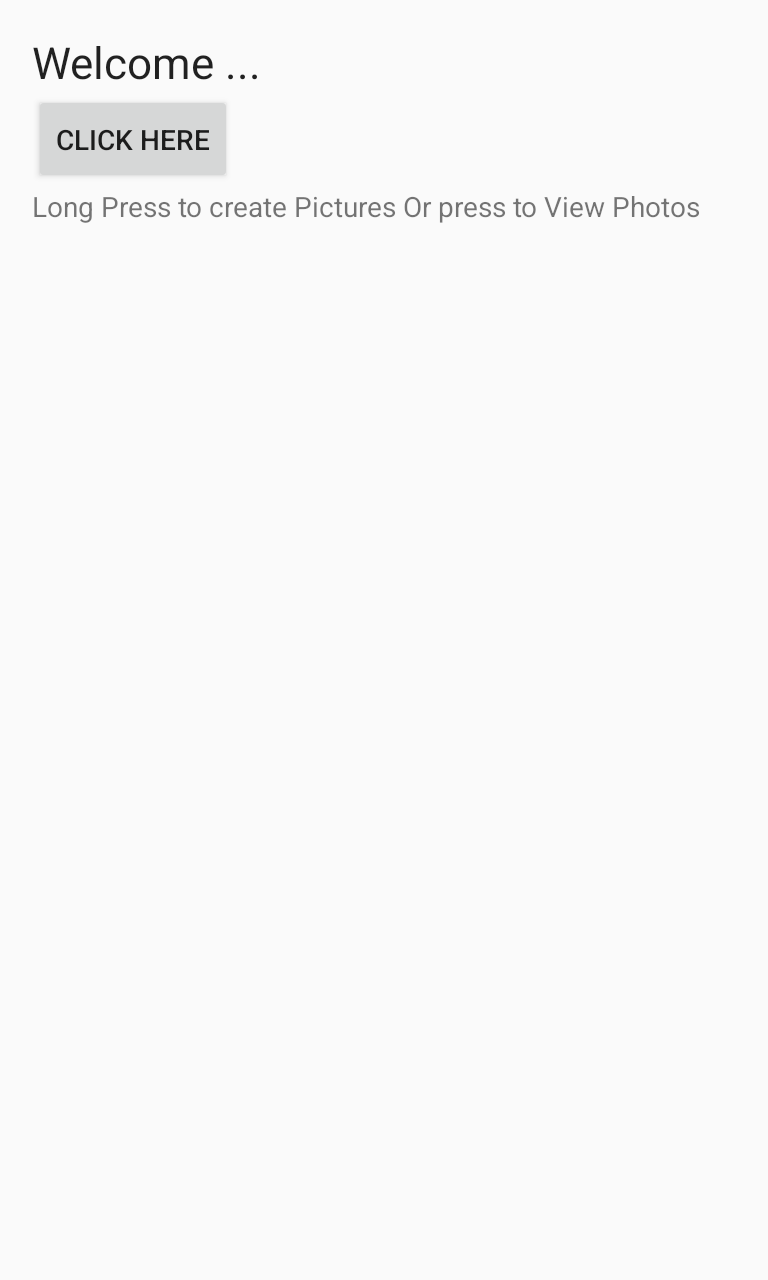
Repository: shivamgeek/Android-Code-Examples
Layout: fragment/res/layout/activity_main.xml
The author's editor kept a copy of each file at every save. The layout is drawn from the files as they stood at one save, then again after the next save.
It is drawn on a 768 x 1280 px phone screen (xhdpi) without system bars, with theme AppTheme; the app's code is not run.

Above is the layout before, as saved 2015-08-05 17:03:37.

After the next save:
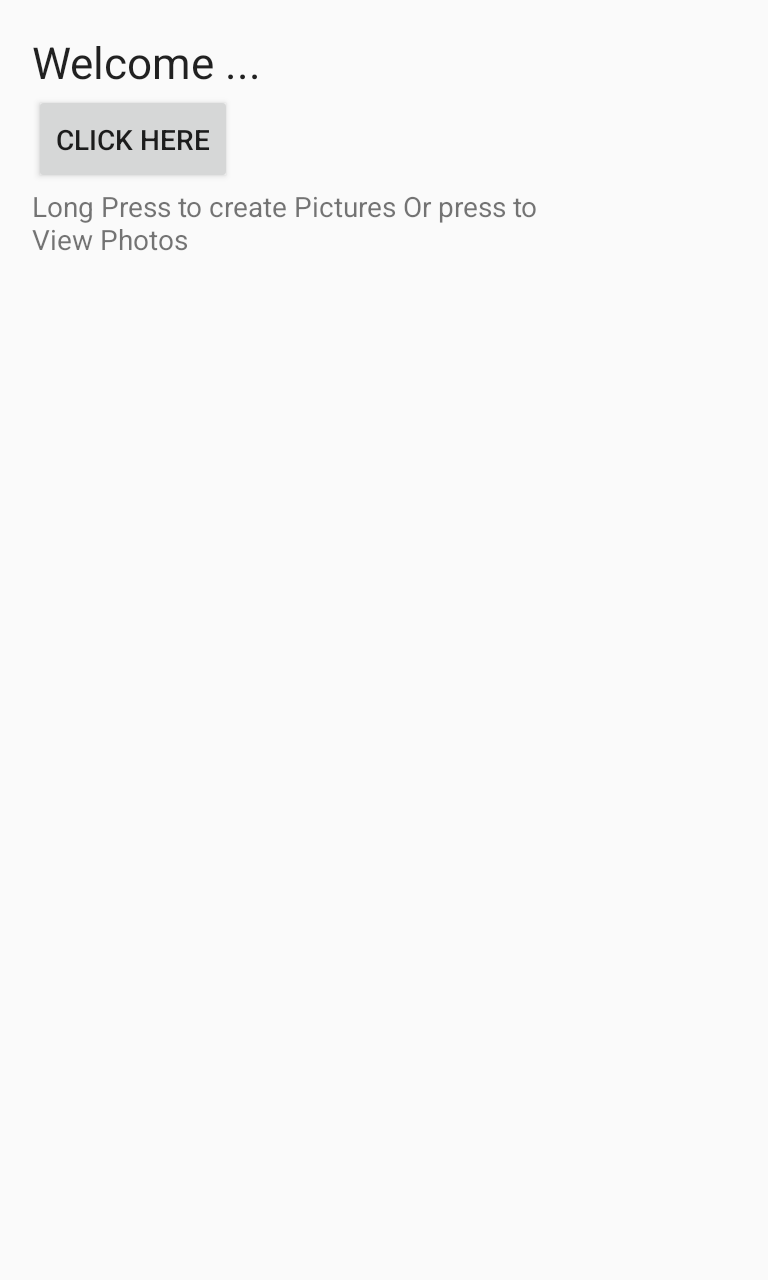
Saved 74 s later.
--- a/fragment/res/layout/activity_main.xml
+++ b/fragment/res/layout/activity_main.xml
@@ -1,6 +1,6 @@
 <LinearLayout xmlns:android="http://schemas.android.com/apk/res/android"
     xmlns:tools="http://schemas.android.com/tools"
-    android:id="@+id/LinearLayout1"
+
     android:layout_width="match_parent"
     android:layout_height="150dp"
     android:orientation="vertical"
@@ -10,30 +10,31 @@
     android:paddingTop="@dimen/activity_vertical_margin"
     tools:context="com.example.fragment.MainActivity" >
 
-    <TextView
-        android:id="@+id/textView1"
-        android:layout_width="wrap_content"
-        android:layout_height="wrap_content"
-        android:text="Welcome ..."
-        android:textAppearance="?android:attr/textAppearanceLarge" />
+    <LinearLayout
+         android:id="@+id/LinearLayout1"
+        android:layout_width="270dp"
+        android:layout_height="318dp"
+        android:orientation="vertical" >
 
-    <Button
-        android:id="@+id/button1"
-        android:layout_width="wrap_content"
-        android:layout_height="wrap_content"
-        android:text="Click Here" />
+        <TextView
+            android:id="@+id/textView1"
+            android:layout_width="wrap_content"
+            android:layout_height="wrap_content"
+            android:text="Welcome ..."
+            android:textAppearance="?android:attr/textAppearanceLarge" />
 
-    <TextView
-        android:id="@+id/textView2"
-        android:layout_width="wrap_content"
-        android:layout_height="wrap_content"
-        android:text="@string/textView2" />
+        <Button
+            android:id="@+id/button1"
+            android:layout_width="wrap_content"
+            android:layout_height="wrap_content"
+            android:text="Click Here" />
 
-    <LinearLayout
-        android:layout_width="220dp"
-        android:layout_height="250dp"
-        android:layout_weight="0.71"
-        android:orientation="vertical" >
+        <TextView
+            android:id="@+id/textView2"
+            android:layout_width="wrap_content"
+            android:layout_height="wrap_content"
+            android:text="@string/textView2" />
+
     </LinearLayout>
 
 </LinearLayout>

After the save that followed:
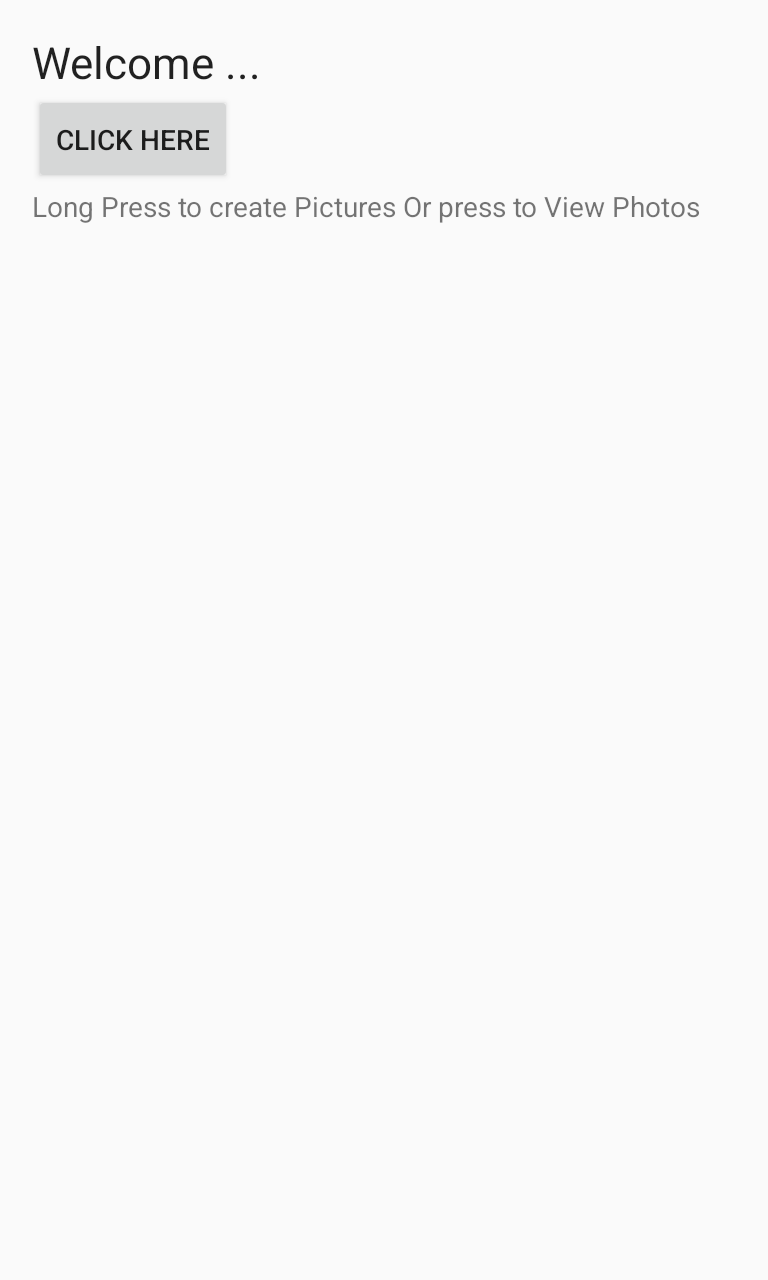
Saved 2 min 8 s later.
--- a/fragment/res/layout/activity_main.xml
+++ b/fragment/res/layout/activity_main.xml
@@ -12,8 +12,8 @@
 
     <LinearLayout
          android:id="@+id/LinearLayout1"
-        android:layout_width="270dp"
-        android:layout_height="318dp"
+        android:layout_width="match_parent"
+        android:layout_height="match_parent"
         android:orientation="vertical" >
 
         <TextView
